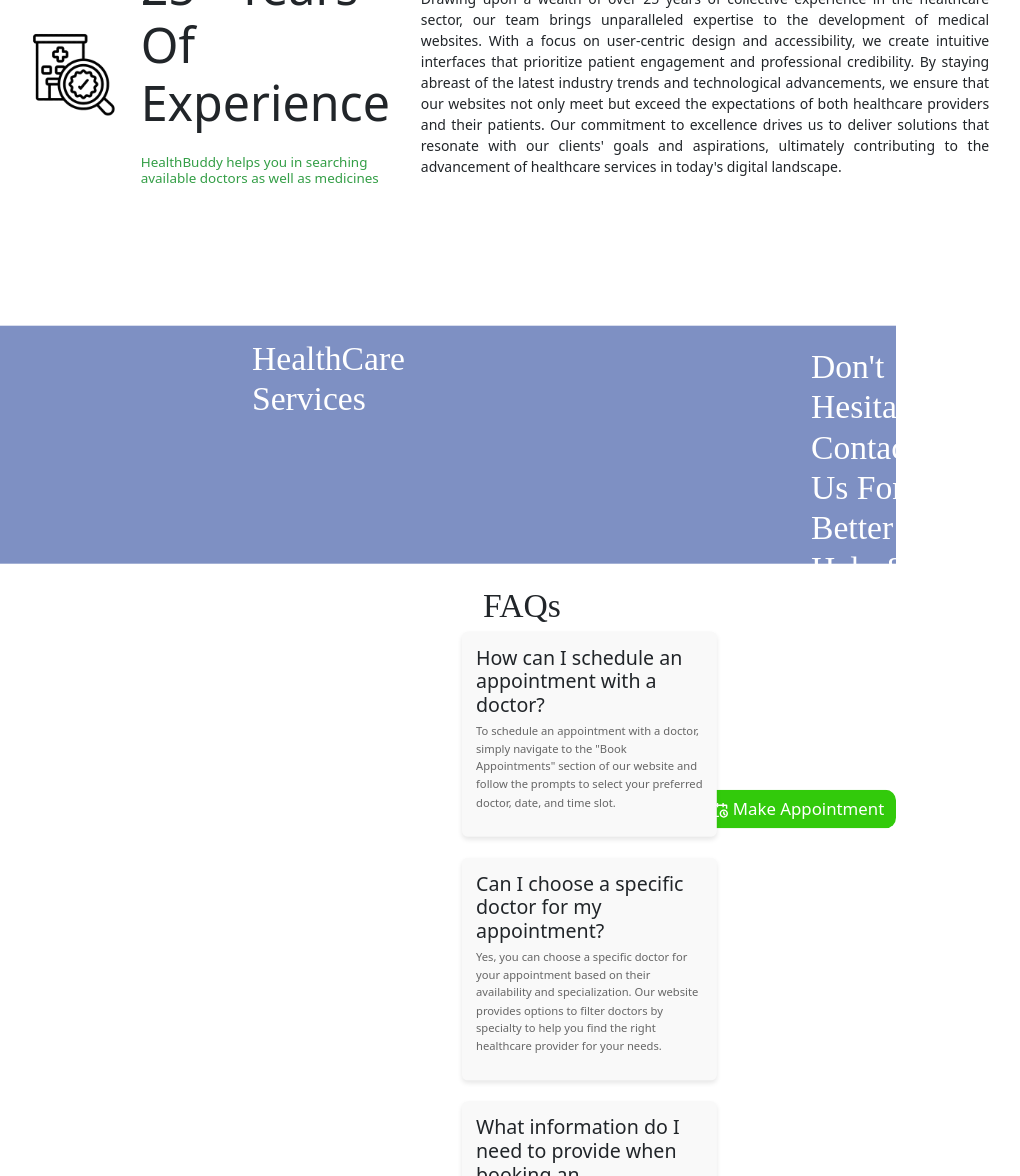
Repository: WajihaGul/MedicalApp-Frontend
Page: /
These files come from the project's save history. The page is drawn as it stood at one moment and after the next save; the edit follows.
The browser window is 1280 px wide. The page is 1457 px wide, so the pictures cover 1457 px, including what lies to the right of the window. The pictures show the part of the page from y = 1575 to 3255 px (the page is 4744 px tall), at 70% of full size.
The project was rebuilt for these pictures with package versions that can differ from the ones it lists, and the page was loaded fresh each time. Also part of the build but not shown: vite.config.js, src/index.css, src/App.css.

Above is the page before, as saved 2024-05-08 23:06:13.

After the next save:
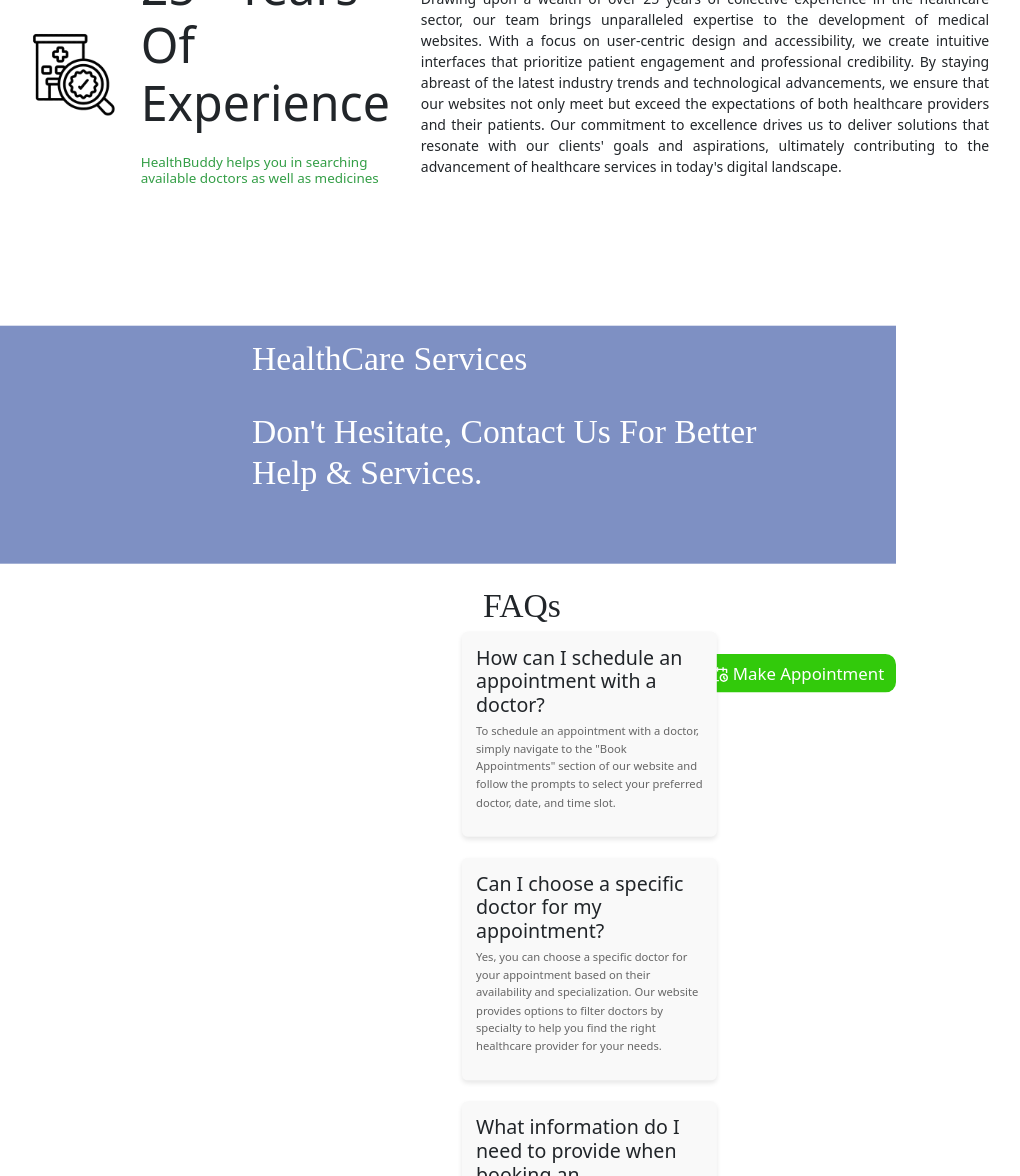
Saved 97 s later.
--- a/src/Components/MakeAppointment/MakeAppointment.jsx
+++ b/src/Components/MakeAppointment/MakeAppointment.jsx
@@ -5,13 +5,14 @@ const MakeAppointment = () => {
   return (
     <>
       <div className={styles.container}>
-        <div className={styles.divii}>
-          <h3 className={styles.head3}>HealthCare Services</h3>
-          <h1 className={styles.head1}>
-            Don't Hesitate, Contact Us For Better Help & Services.
-          </h1>
+        <div className={styles.innerContainer}>
+          <div className={styles.divii}>
+            <h3 className={styles.head3}>HealthCare Services</h3>
+            <h1 className={styles.head1}>
+              Don't Hesitate, Contact Us For Better Help & Services.
+            </h1>
+          </div>
         </div>
-
         <div className={styles.ButtonHere}>
           <button className={styles.button} type="button">
             <RiCalendarScheduleLine className={styles.icon} />
--- a/src/Components/MakeAppointment/MakeAppointment.module.css
+++ b/src/Components/MakeAppointment/MakeAppointment.module.css
@@ -24,7 +24,7 @@
     margin-right: 290px;
 }
 
-.ButtonHere, .divii{
+.innerContainer , .ButtonHere{
 display: flex;
 flex-direction: row;
 }
